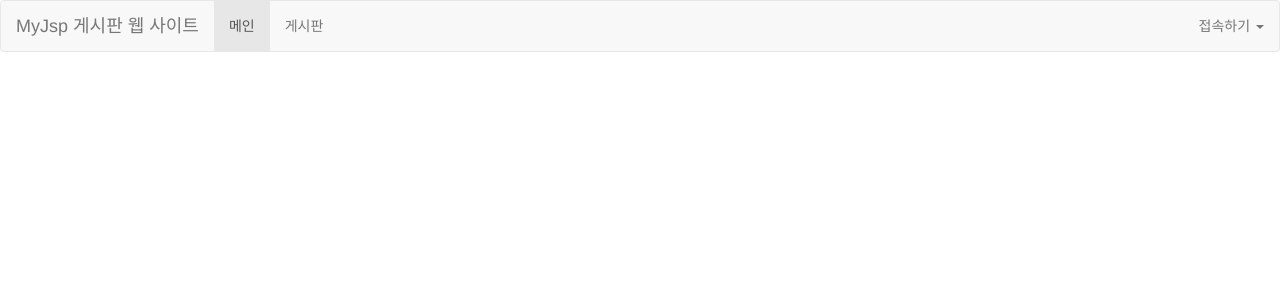
Repository: Ji3un/JspBoard
Page: http://localhost/BBS/bbs.jsp
An editor plug-in stored every save of this project. The page is shown before and after the next save, followed by the edit.
The browser window is 1280 px wide. The pictures show the whole page.
Some web libraries are served in a nearby version. The page is served by Tomcat 9.

Above is the page before, as saved 2017-10-03 12:33:01.

After the next save:
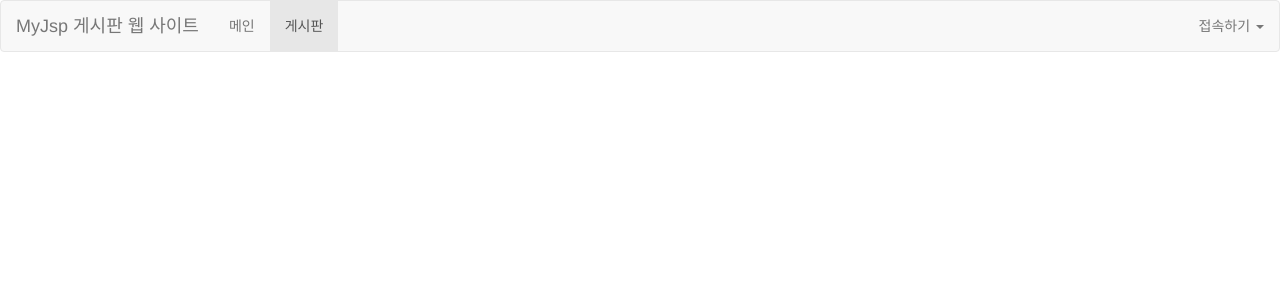
Saved 109 s later.
--- a/BBS/WebContent/bbs.jsp
+++ b/BBS/WebContent/bbs.jsp
@@ -29,8 +29,8 @@
 		<div class="collapse navbar-collapse"
 			id="#bs-example-navbar-collapse-1">
 			<ul class="nav navbar-nav">
-				<li class="active"><a href="main.jsp">메인</a></li>
-				<li><a href="bbs.jsp">게시판</a></li>
+				<li><a href="main.jsp">메인</a></li>
+				<li class="active"><a href="bbs.jsp">게시판</a></li>
 			</ul>
 			<%
 				if (userID == null) {
